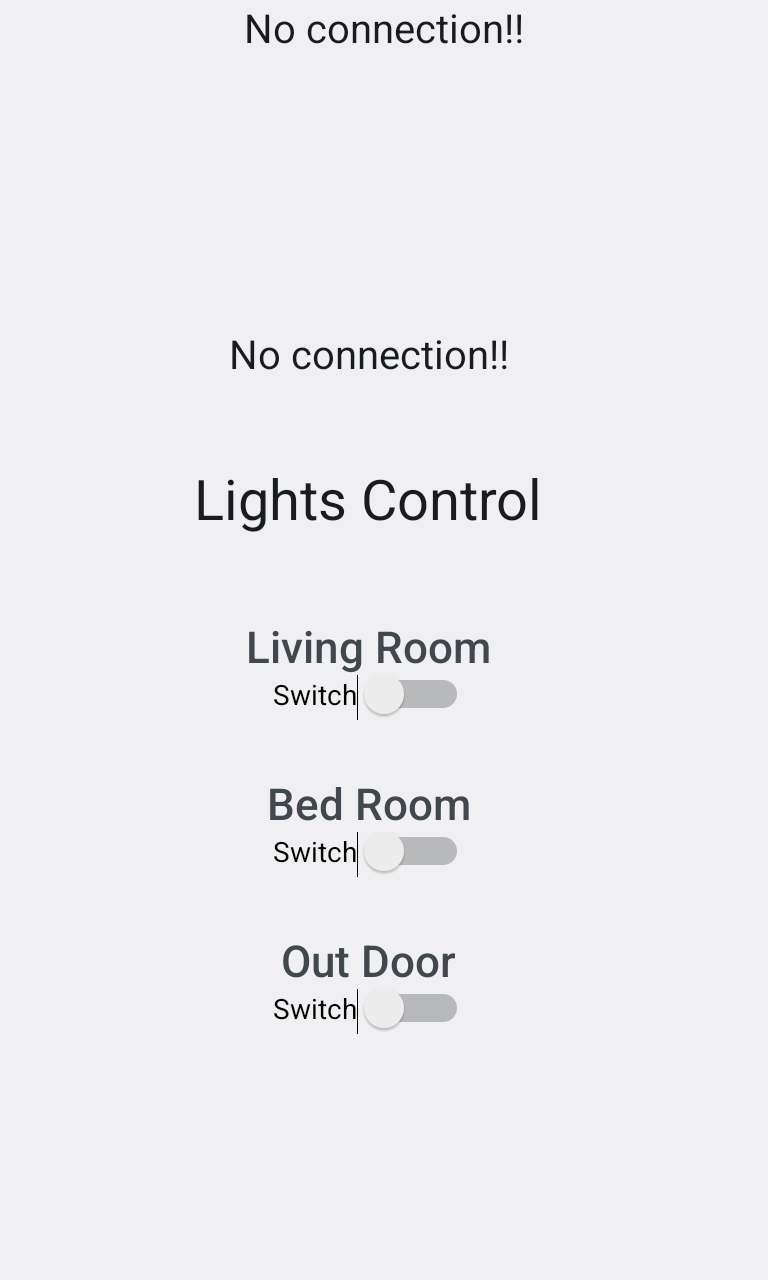
Repository: Teketel/hujeManiita
Layout: workspace/android/Besso/res/layout/control_activity.xml
An editor plug-in stored every save of this project. The layout is shown before and after the next save, followed by the edit.
It is drawn on a 768 x 1280 px phone screen (xhdpi) without system bars, with theme AppTheme; the app's code is not run.

Above is the layout before, as saved 2013-05-19 22:42:20.

### workspace/android/Besso/res/layout/control_activity.xml
<?xml version="1.0" encoding="utf-8"?>
<LinearLayout xmlns:android="http://schemas.android.com/apk/res/android"
    android:layout_width="fill_parent"
    android:layout_height="wrap_content"
    android:orientation="vertical" >

    <TextView
        android:id="@+id/noConntextView"
        android:layout_width="fill_parent"
        android:layout_height="wrap_content"
        android:gravity="center"
        android:paddingBottom="40dp"
        android:text="No connection!!"
        android:textAppearance="?android:attr/textAppearanceLarge"
        android:textSize="20dp" />

    <LinearLayout
        android:layout_width="fill_parent"
        android:layout_height="fill_parent"
        android:gravity="center"
        android:orientation="vertical"
        android:paddingLeft="5dp"
        android:paddingRight="20dp" >

        <TextView
            android:id="@+id/noConntextView"
            android:layout_width="fill_parent"
            android:layout_height="wrap_content"
            android:gravity="center"
            android:paddingBottom="40dp"
            android:text="No connection!!"
            android:textAppearance="?android:attr/textAppearanceLarge"
            android:textSize="20dp" />

        <TextView
            android:id="@+id/textView1"
            android:layout_width="wrap_content"
            android:layout_height="wrap_content"
            android:gravity="center"
            android:paddingBottom="40dp"
            android:text="Lights Control"
            android:textAppearance="?android:attr/textAppearanceLarge"
            android:textSize="28dp" />

        <TextView
            android:id="@+id/userTextView"
            android:layout_width="wrap_content"
            android:layout_height="wrap_content"
            android:text="Living Room"
            android:textAppearance="?android:attr/textAppearanceMedium"
            android:textSize="22dp" />

        <Switch
            android:id="@+id/living_room_swch"
            android:layout_width="wrap_content"
            android:layout_height="wrap_content"
            android:paddingBottom="30dp"
            android:text="Switch" />

        <TextView
            android:id="@+id/emailTextView"
            android:layout_width="wrap_content"
            android:layout_height="wrap_content"
            android:text="Bed Room"
            android:textAppearance="?android:attr/textAppearanceMedium"
            android:textSize="22dp" />

        <Switch
            android:id="@+id/bed_room_swch"
            android:layout_width="wrap_content"
            android:layout_height="wrap_content"
            android:paddingBottom="30dp"
            android:text="Switch" />

        <TextView
            android:id="@+id/ipTextView"
            android:layout_width="wrap_content"
            android:layout_height="wrap_content"
            android:text="Out Door"
            android:textAppearance="?android:attr/textAppearanceMedium"
            android:textSize="22dp" />

        <Switch
            android:id="@+id/out_door_swch"
            android:layout_width="wrap_content"
            android:layout_height="wrap_content"
            android:paddingBottom="30dp"
            android:text="Switch" />
    </LinearLayout>

</LinearLayout>

Loaded but not shown: workspace/android/Besso/res/values/styles.xml (common file); workspace/android/Besso/res/values-v11/styles.xml (common file)

After the next save:
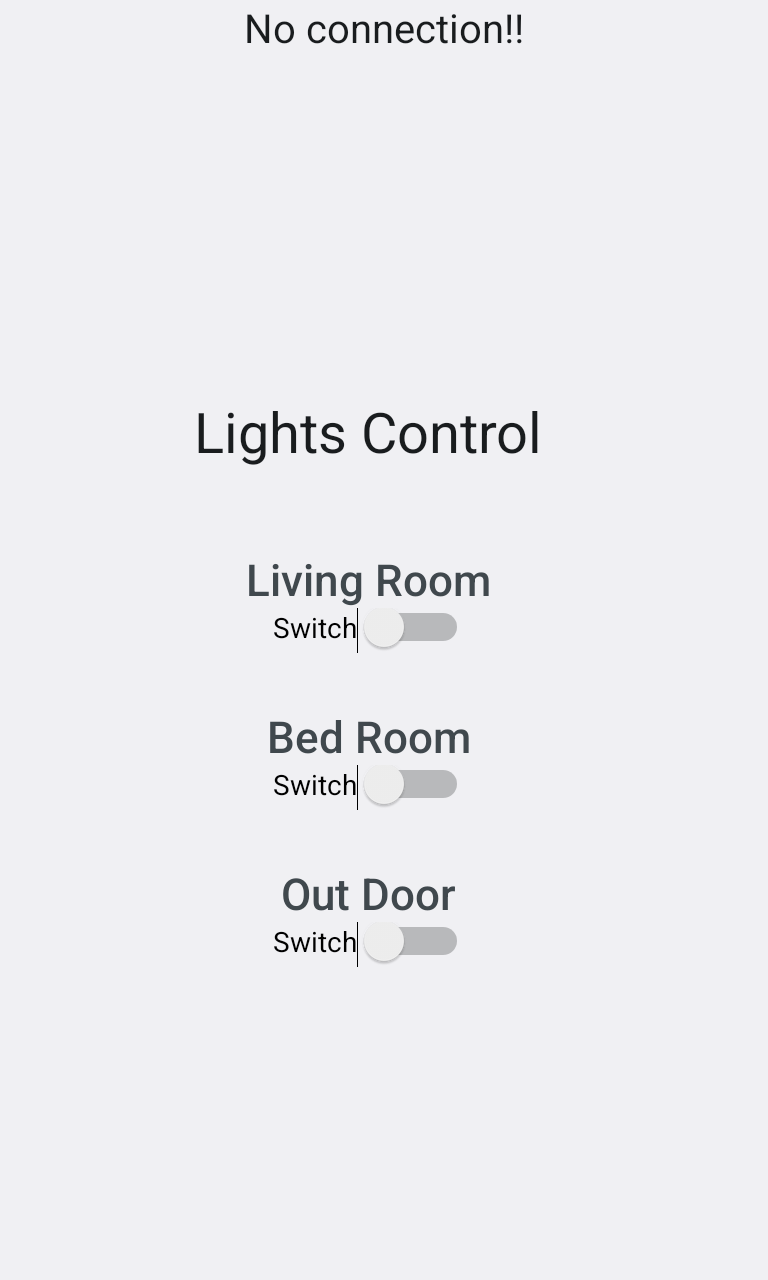
Saved 13 s later.
--- a/workspace/android/Besso/res/layout/control_activity.xml
+++ b/workspace/android/Besso/res/layout/control_activity.xml
@@ -21,16 +21,6 @@
         android:orientation="vertical"
         android:paddingLeft="5dp"
         android:paddingRight="20dp" >
-
-        <TextView
-            android:id="@+id/noConntextView"
-            android:layout_width="fill_parent"
-            android:layout_height="wrap_content"
-            android:gravity="center"
-            android:paddingBottom="40dp"
-            android:text="No connection!!"
-            android:textAppearance="?android:attr/textAppearanceLarge"
-            android:textSize="20dp" />
 
         <TextView
             android:id="@+id/textView1"
